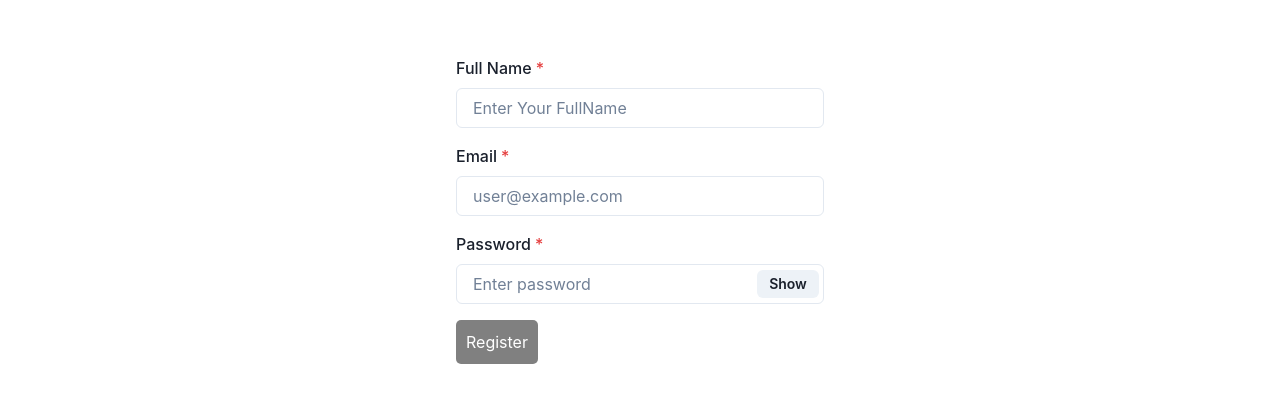
Repository: Abhi2359/chakra_form_validation
Page: / (app in reg_form/)
These files come from the project's save history. The page is drawn as it stood at one moment and after a run of saves; the edit follows.
The browser window is 1280 px wide. The pictures show the whole page.
The project was rebuilt for these pictures with package versions that can differ from the ones it lists, and the page was loaded fresh each time. Also part of the build but not shown: reg_form/vite.config.js.

Above is the page before, as saved 2023-08-11 19:34:33.

After the next 2 saves:
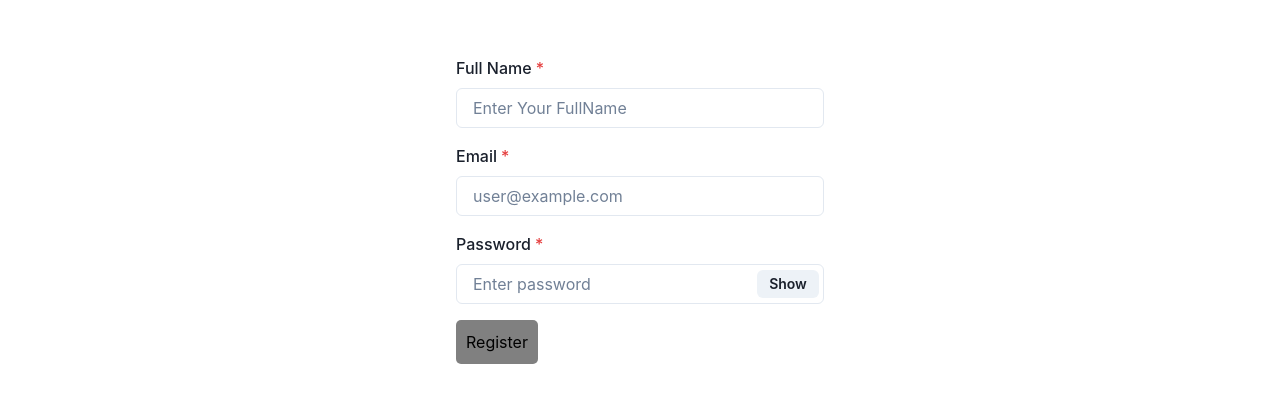
The 2 saves are shown as one change because they came seconds apart.
The last was saved 6 s later.
--- a/reg_form/src/RegisterationForm.jsx
+++ b/reg_form/src/RegisterationForm.jsx
@@ -166,7 +166,7 @@
         disabled={!isFormValid}
         style={{
           backgroundColor: isFormValid ? "orange" : "gray",
-          color: "white",
+          color: "black",
           borderRadius:"5px",
           padding: "10px",
           cursor: isFormValid ? "pointer" : "not-allowed",
